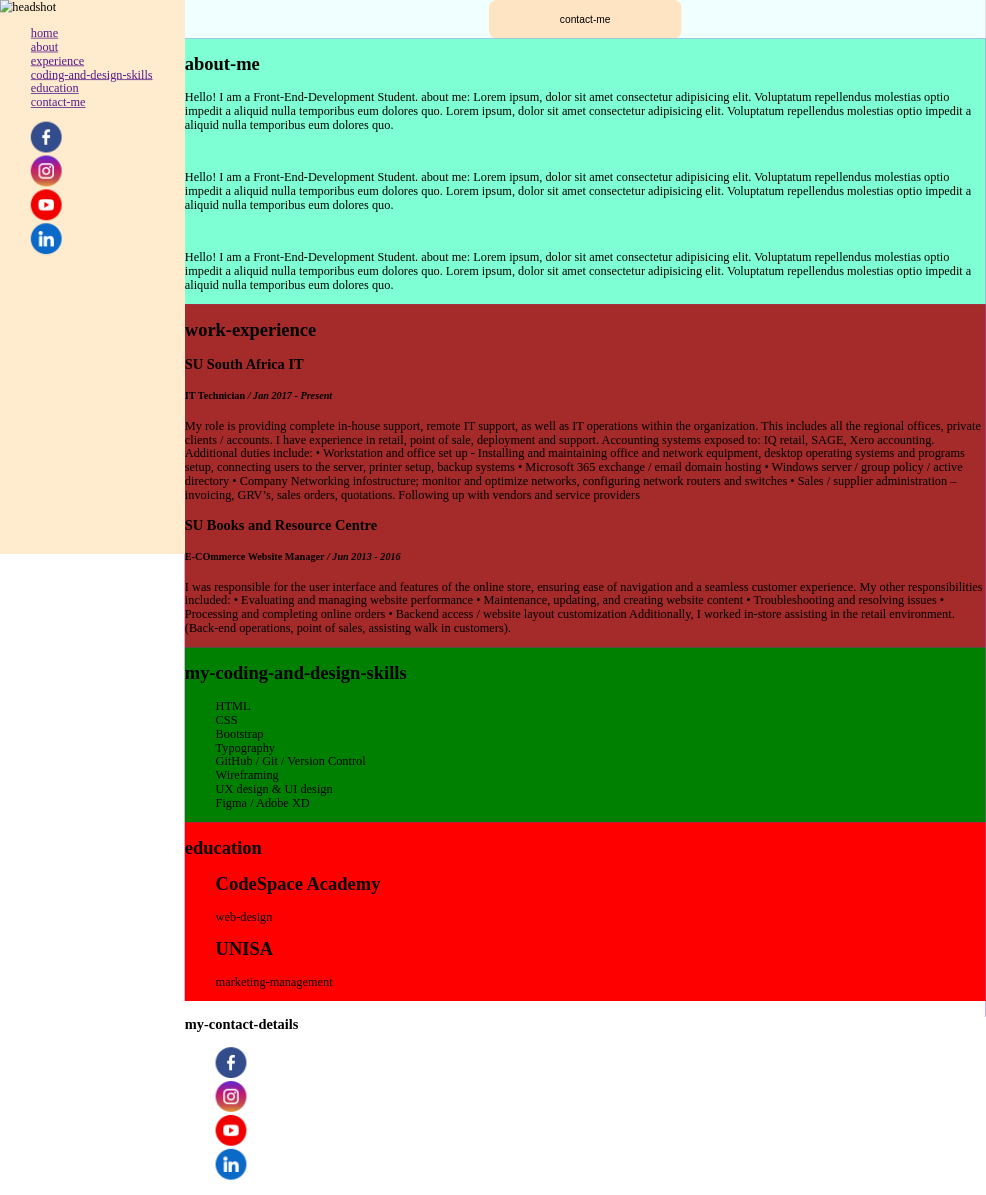
Repository: WesleyErasmus/MyDigitalResume-5
Page: index.html
The author's editor kept a copy of each file at every save. The page is drawn from the files as they stood at one save, then again after the next save.
The browser window is 1280 px wide. The pictures show the whole page, at 77% of full size.

Above is the page before, as saved 2022-02-25 16:30:20.

After the next save:
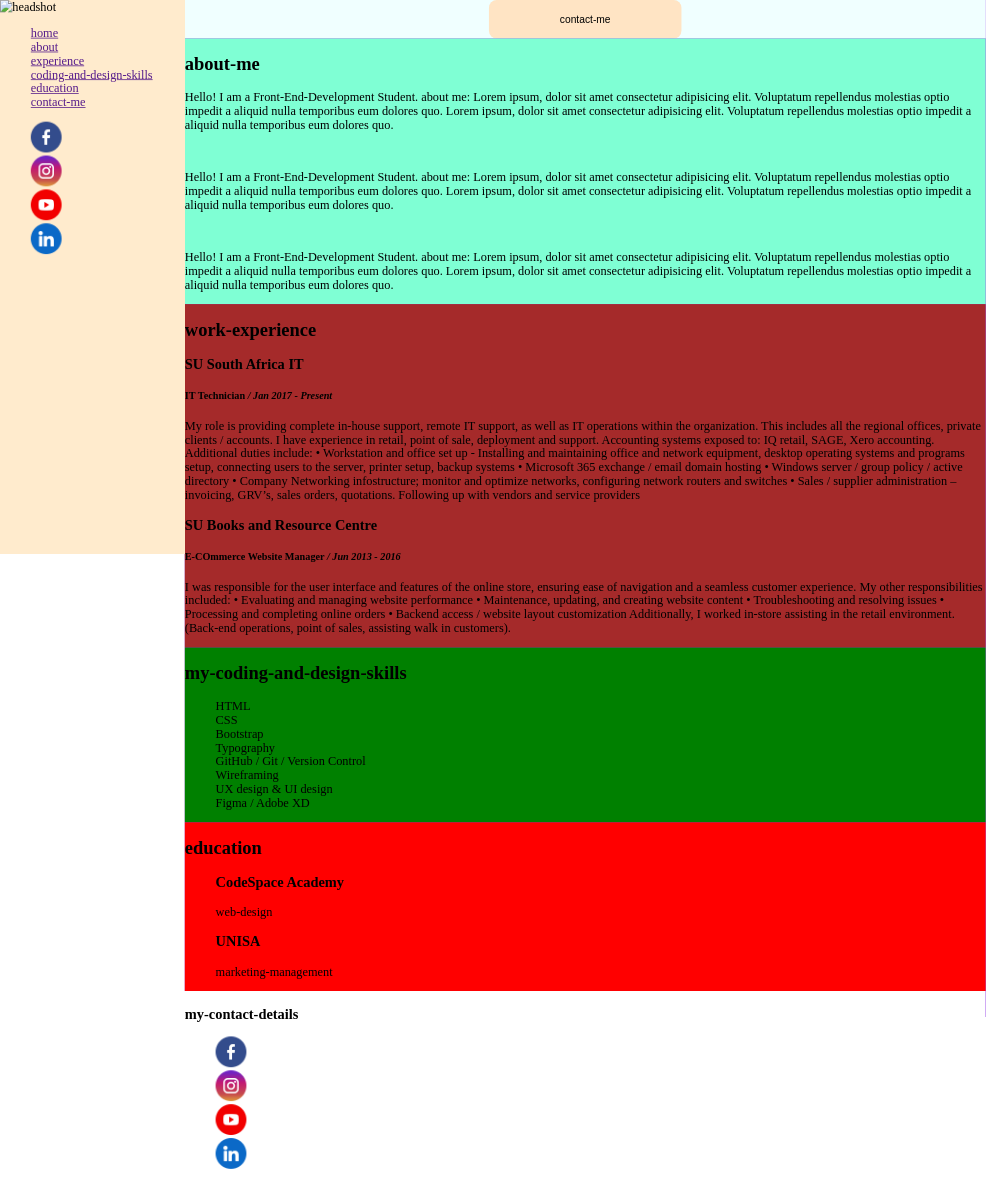
Saved 29 s later.
--- a/index.html
+++ b/index.html
@@ -98,8 +98,8 @@
         <article class="education">
             <h1>education</h1>
             <ul>
-                <li><h2>CodeSpace Academy</h2><p>web-design</p></li>
-                <li><h2>UNISA</h2><p>marketing-management</p></li>
+                <li><h3>CodeSpace Academy</h3><p>web-design</p></li>
+                <li><h3>UNISA</h3><p>marketing-management</p></li>
             </ul>
 
         </article>
